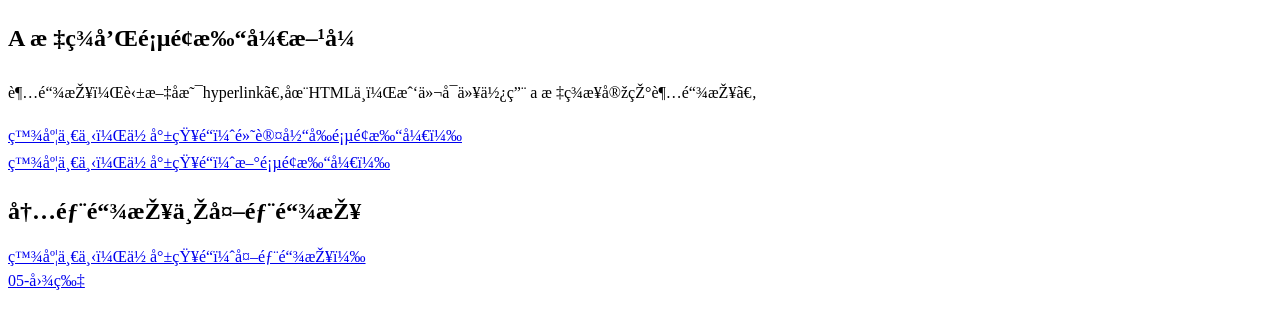
Repository: liang-n/front-end-basics
Page: 08-超链接.html
These files come from the project's save history. The page is drawn as it stood at one moment and after a run of saves; the edit follows.
The browser window is 1280 px wide. The pictures show the whole page.

Above is the page before, as saved 2022-05-15 13:19:55.

### 08-超链接.html
<!DOCTYPE html>
<html>

<head>
    <meta charset="uft-8" />
    <title>08-超链接</title>
</head>

<body>
    <div>
        <h2>A 标签和页面打开方式</h2>
        <p>超链接，英文名是hyperlink。在HTML中，我们可以使用 a 标签来实现超链接。</p>
        <p></p>
        <a href="https://www.baidu.coom/">百度一下，你就知道（默认当前页面打开）</a>
        <br>
        <a href="https://www.baidu.coom/" target="_blank">百度一下，你就知道（新页面打开）</a>
    </div>
    <h2>内部链接与外部链接</h2>
    <a href="http://www.baidu.com/" target="_blank">百度一下，你就知道（外部链接）</a>
    <br>
    <a href="05-图片.html">05-图片</a>
</body>

</html>

After the next 2 saves:
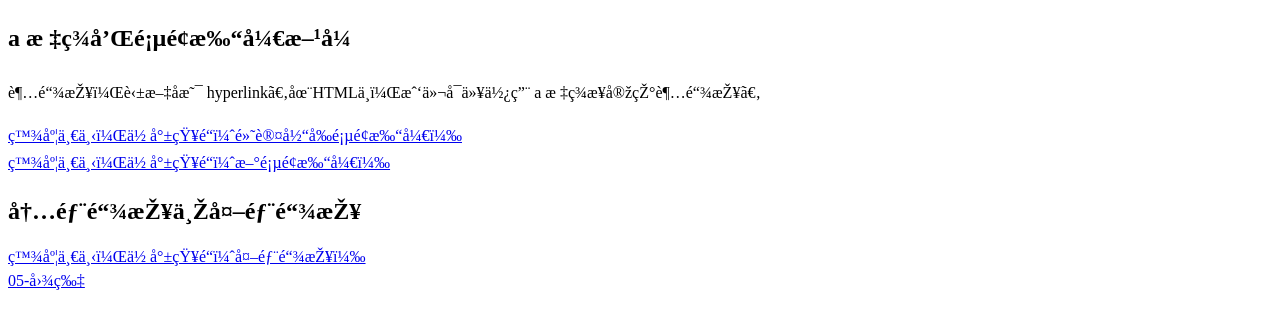
The 2 saves are shown as one change because they came seconds apart.
The last was saved 6 s later.
--- a/08-超链接.html
+++ b/08-超链接.html
@@ -8,8 +8,8 @@
 
 <body>
     <div>
-        <h2>A 标签和页面打开方式</h2>
-        <p>超链接，英文名是hyperlink。在HTML中，我们可以使用 a 标签来实现超链接。</p>
+        <h2>a 标签和页面打开方式</h2>
+        <p>超链接，英文名是 hyperlink。在HTML中，我们可以使用 a 标签来实现超链接。</p>
         <p></p>
         <a href="https://www.baidu.coom/">百度一下，你就知道（默认当前页面打开）</a>
         <br>
